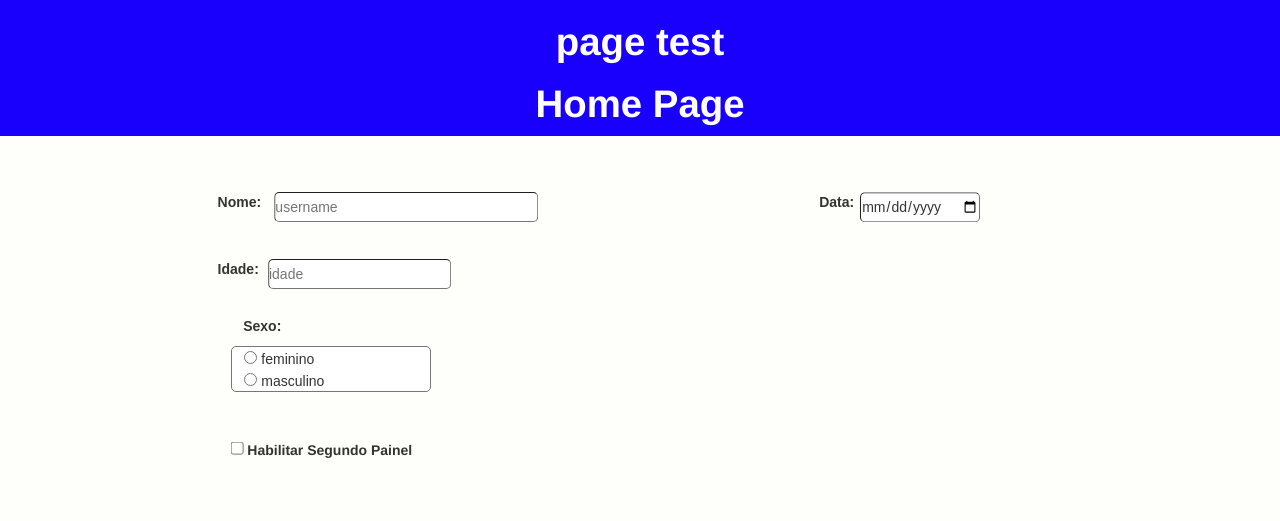
Repository: josceno/inital-page
Page: index.html
These files come from the project's save history. The page is drawn as it stood at one moment and after the next save; the edit follows.
The browser window is 1280 px wide. The pictures show the whole page.
Some web libraries are served in a nearby version.

Above is the page before, as saved 2022-02-21 11:51:00.
Console error: TypeError: Cannot read properties of null (reading 'innerHTML')

After the next save:
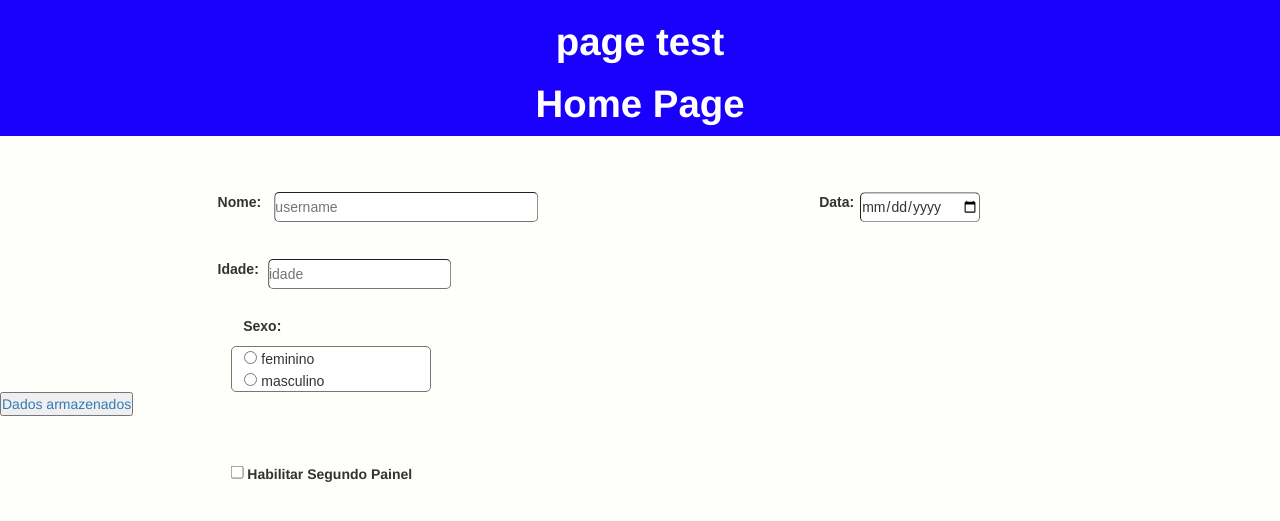
Saved 5 min 29 s later.
--- a/index.html
+++ b/index.html
@@ -61,11 +61,13 @@
           </div>
           <!-- O botão apresentar-->
 
-
-
             <button id=btn class=btnpresent onclick="clicar(); return false;" style="display:none;">Apresentar</button>
 
-
+          </div>
+          <div class="dataAcss">
+            <a href="./store">
+              <input type ='submit' value="Dados armazenados">
+            </a>
 
           </div>
 
